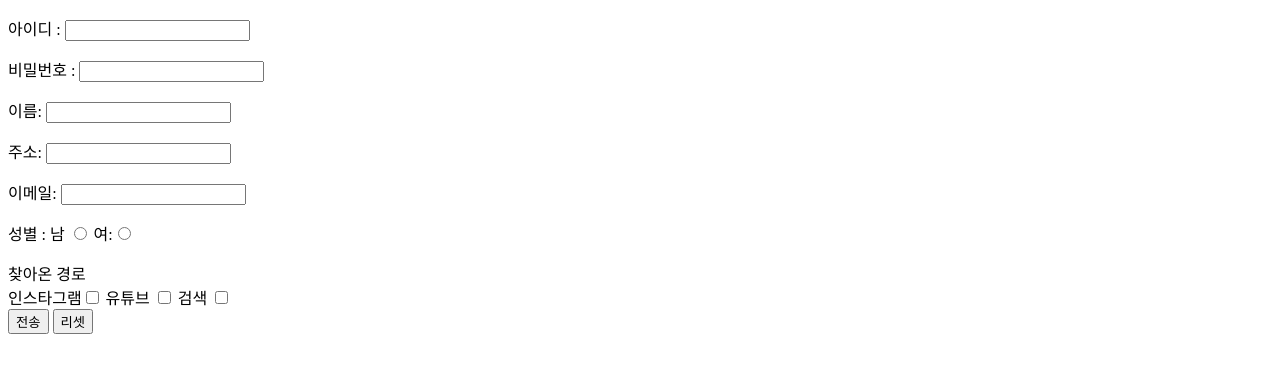
Repository: hyeonjuu/fusionProjectTest
Page: http://localhost/test/login.jsp
These files come from the project's save history. The page is drawn as it stood at one moment and after the next save; the edit follows.
The browser window is 1280 px wide. The pictures show the whole page.
The page is served by Tomcat 9.

Above is the page before, as saved 2022-10-03 12:29:29.

After the next save:
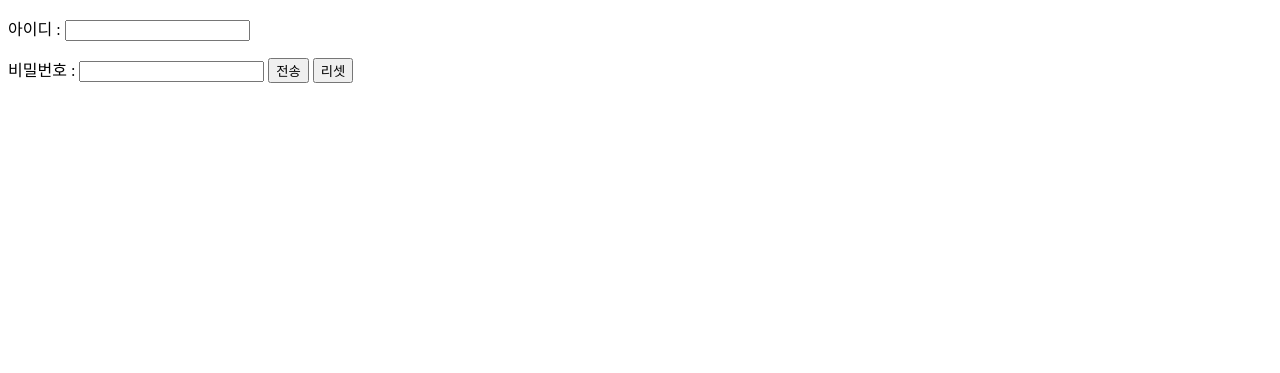
Saved 110 s later.
--- a/Test/test/src/main/webapp/login.jsp
+++ b/Test/test/src/main/webapp/login.jsp
@@ -12,16 +12,6 @@
 		<p> 아이디 : <input type="text" name = "id">
 		<p> 비밀번호 : <input type ="password" name ="pwd">
 
-		<p>이름: <input type="text" name = "name">
-		<p>주소: <input type="text" name = "address">
-		<p>이메일: <input type="text" name = "email">
-		<p>성별 :  남 <input type="radio" name = "gender" value="male">
-			여:<input type= "radio" name ="gender" value ="female"></p>
-		<p>찾아온 경로<br>
-		인스타그램<input type="checkbox" name="root" value = "instagram">
-		유튜브 <input type="checkbox" name="root" value="youtube">
-		검색 <input type="checkbox" name="root" value="search">
-		<br>
 		<input type="submit" value="전송">
 		<input type="reset" value ="리셋">
 	 </form>
